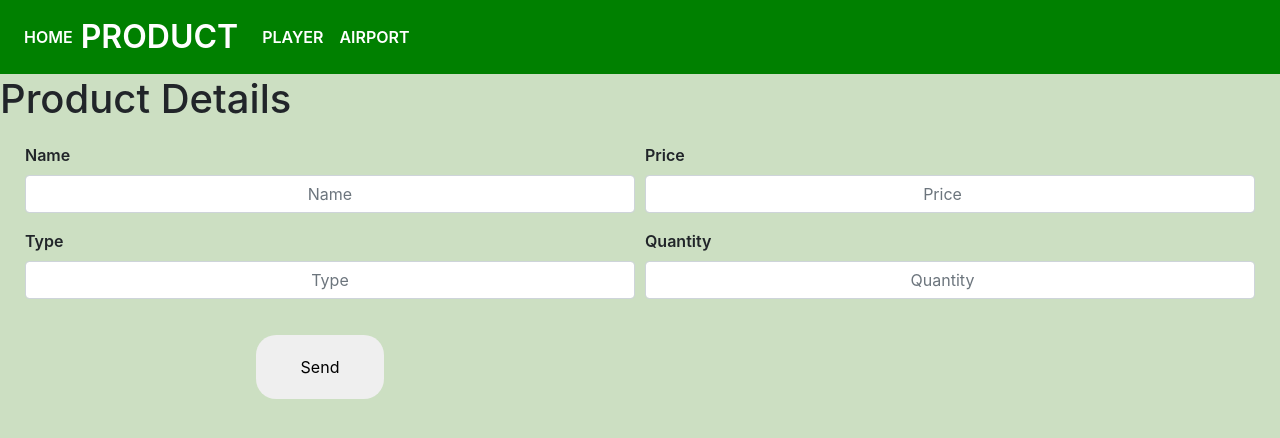
Repository: 05Mohammedismail/xworkz--Advance-Java
Page: http://localhost/Sep13_JSP/product.jsp
The author's editor kept a copy of each file at every save. The page is drawn from the files as they stood at one save, then again after the next save.
The browser window is 1280 px wide. The pictures show the whole page.
The page is served by Tomcat 9.

Above is the page before, as saved 2023-09-13 15:49:23.

After the next save:
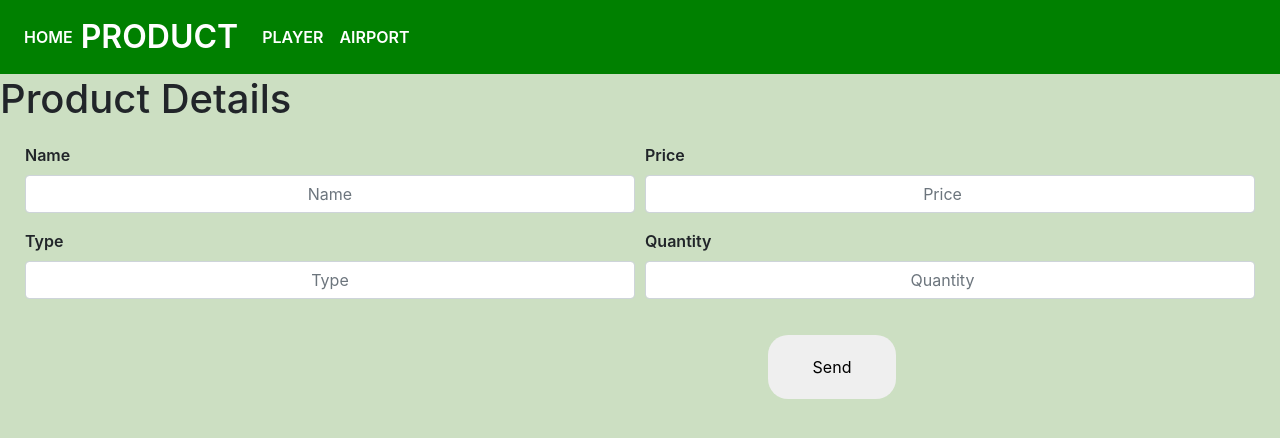
Saved 8 s later.
--- a/Sep13_JSP/src/main/webapp/product.jsp
+++ b/Sep13_JSP/src/main/webapp/product.jsp
@@ -33,7 +33,7 @@ position: relative;
 
 .send{
 position: absolute;
-right: 70%;
+right: 30%;
 border-radius: 20px;
 height: 4em;
 width: 8em;
